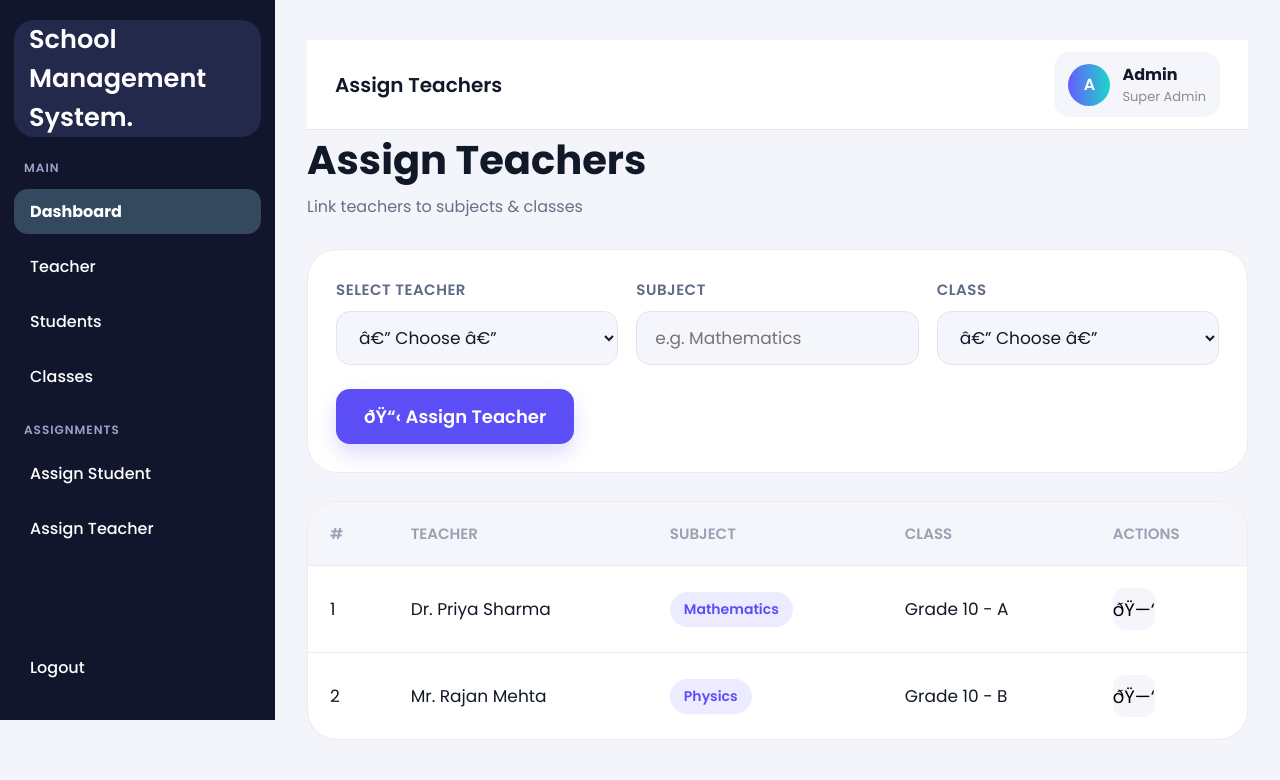
Repository: rohit-rk-07/school_management_system
Page: http://localhost/School_Management_System/admin/assignTeacher.jsp
These files come from the project's save history. The page is drawn as it stood at one moment and after the next save; the edit follows.
The browser window is 1280 px wide. The pictures show the whole page.
The page is served by Tomcat 10. Other server files are loaded and not shown.

Above is the page before, as saved 2026-05-20 09:15:59.

### School_Management_System/src/main/webapp/admin/assignTeacher.jsp
<!DOCTYPE html>
<html lang="en">

<head>

    <meta charset="UTF-8">
    <meta name="viewport" content="width=device-width, initial-scale=1.0">

    <title>Assign Teachers UI</title>

    <link rel="preconnect" href="https://fonts.googleapis.com">

    <link href="https://fonts.googleapis.com/css2?family=Poppins:wght@300;400;500;600;700&display=swap"
        rel="stylesheet">

    <style>

        *{
            margin:0;
            padding:0;
            box-sizing:border-box;
            font-family:'Poppins',sans-serif;
        }

        body{
            background:#f4f5fb;
            color:#111827;
            display: flex;
            flex-direction: row;
            justify-content: space-between;
            align-items: start;
        }

        /* =========================
           TOPBAR
        ========================== */

        .assignTeacherTopbar{
            width:100%;
            background:#ffffff;
            padding:12px 28px;
            display:flex;
            justify-content:space-between;
            align-items:center;
            border-bottom:1px solid #e7e7e7;
        }

        .assignTeacherTopbarTitle{
            font-size:20px;
            font-weight:600;
        }

        .assignTeacherAdminProfile{
            display:flex;
            align-items:center;
            gap:12px;
            background:#f5f6fb;
            padding:10px 14px;
            border-radius:16px;
        }

        .assignTeacherAdminAvatar{
            width:42px;
            height:42px;
            border-radius:50%;
            background:linear-gradient(to right,#675cff,#1dd5c8);
            display:flex;
            align-items:center;
            justify-content:center;
            color:#ffffff;
            font-weight:600;
        }

        .assignTeacherAdminRole{
            font-size:13px;
            color:#8c8c8c;
        }

        /* =========================
           PAGE CONTAINER
        ========================== */

        .assignTeacherPageContainer{
            padding:40px 32px;
            width: 80%;
        }

        .assignTeacherPageHeading{
            font-size:40px;
            font-weight:700;
        }

        .assignTeacherPageSubtitle{
            color:#667085;
            margin-top:4px;
            margin-bottom:30px;
        }

        /* =========================
           FORM CARD
        ========================== */

        .assignTeacherFormCard{
            background:#ffffff;
            border-radius:30px;
            padding:28px;
            border:1px solid #ececec;
            margin-bottom:28px;
        }

        .assignTeacherFormGrid{
            display:grid;
            grid-template-columns:1fr 1fr 1fr;
            gap:18px;
        }

        .assignTeacherFormGroup{
            display:flex;
            flex-direction:column;
        }

        .assignTeacherFormLabel{
            margin-bottom:10px;
            font-size:15px;
            font-weight:600;
            color:#5f6b85;
            letter-spacing:0.5px;
        }

        .assignTeacherInputField{
            width:100%;
            height:54px;
            border:none;
            outline:none;
            background:#f5f6fb;
            border-radius:14px;
            padding:0 18px;
            font-size:17px;
            border:1px solid #e2e5ef;
            color:#111827;
        }

        .assignTeacherSelectField{
            width:100%;
            height:54px;
            border:none;
            outline:none;
            background:#f5f6fb;
            border-radius:14px;
            padding:0 18px;
            font-size:17px;
            border:1px solid #e2e5ef;
            color:#111827;
            cursor:pointer;
        }

        /* =========================
           BUTTON
        ========================== */

        .assignTeacherButton{
            margin-top:24px;
            border:none;
            background:#5c4ef7;
            color:#ffffff;
            padding:14px 28px;
            border-radius:14px;
            font-size:18px;
            font-weight:600;
            cursor:pointer;
            transition:0.3s;
            box-shadow:0 10px 20px rgba(92,78,247,0.2);
        }

        .assignTeacherButton:hover{
            background:#4e40ee;
        }

        /* =========================
           TABLE CARD
        ========================== */

        .assignTeacherTableCard{
            background:#ffffff;
            border-radius:30px;
            overflow:hidden;
            border:1px solid #ececec;
        }

        /* =========================
           TABLE
        ========================== */

        .assignTeacherDataTable{
            width:100%;
            border-collapse:collapse;
        }

        .assignTeacherDataTable thead{
            background:#f5f6fb;
        }

        .assignTeacherDataTable th{
            text-align:left;
            padding:20px 22px;
            font-size:15px;
            color:#98a2b3;
            font-weight:600;
        }

        .assignTeacherDataTable td{
            padding:22px;
            border-top:1px solid #ececec;
            font-size:17px;
        }

        /* =========================
           SUBJECT BADGE
        ========================== */

        .assignTeacherSubjectBadge{
            display:inline-block;
            padding:7px 14px;
            border-radius:30px;
            background:#ecebff;
            color:#5c4ef7;
            font-size:14px;
            font-weight:600;
        }

        /* =========================
           DELETE BUTTON
        ========================== */

        .assignTeacherDeleteButton{
            width:42px;
            height:42px;
            border:none;
            border-radius:12px;
            background:#f5f6fb;
            cursor:pointer;
            font-size:18px;
        }

        /* =========================
           RESPONSIVE
        ========================== */

        @media(max-width:900px){

            .assignTeacherFormGrid{
                grid-template-columns:1fr;
            }

            .assignTeacherDataTable{
                display:block;
                overflow-x:auto;
            }

        }

    </style>

</head>

<body>

    <!-- =========================
         TOPBAR
    ========================== -->
<jsp:include page="sidebar.jsp" />


    <!-- =========================
         PAGE CONTENT
    ========================== -->

    <div class="assignTeacherPageContainer">

<div class="assignTeacherTopbar">

        <h2 class="assignTeacherTopbarTitle">
            Assign Teachers
        </h2>

        <div class="assignTeacherAdminProfile">

            <div class="assignTeacherAdminAvatar">
                A
            </div>

            <div>

                <h4>Admin</h4>

                <p class="assignTeacherAdminRole">
                    Super Admin
                </p>

            </div>

        </div>

    </div>

        <!-- TITLE -->

        <h1 class="assignTeacherPageHeading">
            Assign Teachers
        </h1>

        <p class="assignTeacherPageSubtitle">
            Link teachers to subjects & classes
        </p>

        <!-- FORM CARD -->

        <div class="assignTeacherFormCard">

            <div class="assignTeacherFormGrid">

                <!-- TEACHER -->

                <div class="assignTeacherFormGroup">

                    <label class="assignTeacherFormLabel">
                        SELECT TEACHER
                    </label>

                    <select class="assignTeacherSelectField">

                        <option>
                            — Choose —
                        </option>

                        <option>
                            Dr. Priya Sharma
                        </option>

                        <option>
                            Mr. Rajan Mehta
                        </option>

                        <option>
                            Ms. Anita Roy
                        </option>

                    </select>

                </div>

                <!-- SUBJECT -->

                <div class="assignTeacherFormGroup">

                    <label class="assignTeacherFormLabel">
                        SUBJECT
                    </label>

                    <input
                        type="text"
                        placeholder="e.g. Mathematics"
                        class="assignTeacherInputField"
                    >

                </div>

                <!-- CLASS -->

                <div class="assignTeacherFormGroup">

                    <label class="assignTeacherFormLabel">
                        CLASS
                    </label>

                    <select class="assignTeacherSelectField">

                        <option>
                            — Choose —
                        </option>

                        <option>
                            Grade 10 - A
                        </option>

                        <option>
                            Grade 10 - B
                        </option>

                        <option>
                            Grade 11 - A
                        </option>

                    </select>

                </div>

            </div>

            <!-- BUTTON -->

            <button class="assignTeacherButton">
                📋 Assign Teacher
            </button>

        </div>

        <!-- TABLE CARD -->

        <div class="assignTeacherTableCard">

            <table class="assignTeacherDataTable">

                <thead>

                    <tr>

                        <th>#</th>
                        <th>TEACHER</th>
                        <th>SUBJECT</th>
                        <th>CLASS</th>
                        <th>ACTIONS</th>

                    </tr>

                </thead>

                <tbody>

                    <tr>

                        <td>1</td>

                        <td>
                            Dr. Priya Sharma
                        </td>

                        <td>
                            <span class="assignTeacherSubjectBadge">
                                Mathematics
                            </span>
                        </td>

                        <td>
                            Grade 10 - A
                        </td>

                        <td>

                            <button class="assignTeacherDeleteButton">
                                🗑
                            </button>

                        </td>

                    </tr>

                    <tr>

                        <td>2</td>

                        <td>
                            Mr. Rajan Mehta
                        </td>

                        <td>
                            <span class="assignTeacherSubjectBadge">
                                Physics
                            </span>
                        </td>

                        <td>
                            Grade 10 - B
                        </td>

                        <td>

                            <button class="assignTeacherDeleteButton">
                                🗑
                            </button>

                        </td>

                    </tr>

                </tbody>

            </table>

        </div>

    </div>

</body>

</html>

### School_Management_System/src/main/webapp/admin/sidebar.jsp
<!DOCTYPE html>
<html lang="en">
<head>
  <meta charset="UTF-8" />
  <meta name="viewport" content="width=device-width, initial-scale=1.0"/>
  <title>School Sidebar</title>

  <style type="text/css">
  *{
  margin:0;
  padding:0;
  box-sizing:border-box;
}

body{
  font-family:'Poppins',sans-serif;
  background:#f4f5fa;
}

.schoolSidebar{
  width:280px;
  height:100vh;
  background:#11162d;
  color:#ffffff;
  padding:20px 14px;
  display:flex;
  flex-direction:column;
  justify-content:space-between;
  /*border-top-right-radius:20px;
  border-bottom-right-radius:20px;*/
  transition:0.3s;
}

.schoolSidebarLogo {
    font-size: 1.6rem;
    font-weight: 600;
    background: #23294b;
    border-radius: 20px;
    padding: 0 15px;
    }

schoolSidebarLogo{
  border-radius:14px;
  background:#23294b;
  display:flex;
  align-items:start;
  justify-content:start;
  font-size:20px;
  margin-bottom:35px;
}

.schoolSidebarMenuTitle{
  color:#9ca3c7;
  font-size:12px;
  letter-spacing:1px;
  margin:22px 10px 12px;
  font-weight:600;
}

.schoolSidebarMenuList{
  list-style:none;
}

.schoolSidebarMenuItem{
  display:flex;
  align-items:center;
  gap:14px;
  padding:10px 16px;
  border-radius:14px;
  margin-bottom:10px;
  color:#b6bdd9;
  cursor:pointer;
  transition:0.3s;
  font-size:15px;
  font-weight:500;
}

.schoolSidebarMenuItem a{
  font-size:16px;
  text-decoration: none;
  color: #fff;
  width: 100%;
  height: 100%;
}

.schoolSidebarMenuItem:hover{
  background:#242b4d;
  color:#ffffff;
}

.schoolSidebarActive{
  background:#4d44cc;
  color:#ffffff;
}

.schoolSidebarMenuItem {

    transition: background-color 0.2s ease;
}


.schoolSidebarMenuItem.schoolSidebarActive {
    background-color: #34495e;
}

.schoolSidebarMenuItem.schoolSidebarActive a {
    color: #ffffff;
    font-weight: bold;
}

@media(max-width:768px){

  .schoolSidebar{
    width:100%;
    height:auto;
    border-radius:0;
  }

}
  </style>

  <link rel="preconnect" href="https://fonts.googleapis.com">
  <link href="https://fonts.googleapis.com/css2?family=Poppins:wght@300;400;500;600;700&display=swap" rel="stylesheet">
</head>

<body>

  <aside class="schoolSidebar">

    <div class="schoolSidebarTop">

      <div class="schoolSidebarLogo">
        School Management System.
      </div>

      <div class="schoolSidebarMenuTitle">
        MAIN
      </div>

      <ul class="schoolSidebarMenuList">

        <li class="schoolSidebarMenuItem schoolSidebarActive">
          <a href="/School_Management_System/admin/dashboard/dashboard.jsp">Dashboard</a>
        </li>

        <li class="schoolSidebarMenuItem">
          <a href="/School_Management_System/admin/manage_teacher/addteacher.jsp">Teacher</a>

        </li>

        <li class="schoolSidebarMenuItem">
          <a href="/School_Management_System/admin/manage_student/addstudent.jsp">Students</a>
        </li>

        <li class="schoolSidebarMenuItem">
          <a href="/School_Management_System/admin/manage_classes/addclasses.jsp">Classes</a>
        </li>

      </ul>

      <div class="schoolSidebarMenuTitle">
        ASSIGNMENTS
      </div>

      <ul class="schoolSidebarMenuList">

        <li class="schoolSidebarMenuItem">
          <a href="/School_Management_System/admin/assign_student/assignStudent.jsp">Assign Student</a>
        </li>

        <li class="schoolSidebarMenuItem">
          <a href="/School_Management_System/admin/assign_teacher/assignTeacher.jsp">Assign Teacher</a>
        </li>

      </ul>

    </div>

    <div class="schoolSidebarBottom">

      <ul class="schoolSidebarMenuList">

        <li class="schoolSidebarMenuItem">
          <a href="/School_Management_System/login/login.jsp">Logout</a>
        </li>

      </ul>

    </div>

  </aside>

  <script>

  document.addEventListener("DOMContentLoaded", function () {
    const currentPath = window.location.pathname;
    const menuLinks = document.querySelectorAll(".schoolSidebarMenuList a");

    menuLinks.forEach(link => {
        const linkPath = link.getAttribute("href");

        if (currentPath.endsWith(linkPath)) {
            document.querySelectorAll(".schoolSidebarMenuItem").forEach(item => {
                item.classList.remove("schoolSidebarActive");
            });

            link.closest(".schoolSidebarMenuItem").classList.add("schoolSidebarActive");
        }
    });
});

  </script>

</body>
</html>

After the next save:
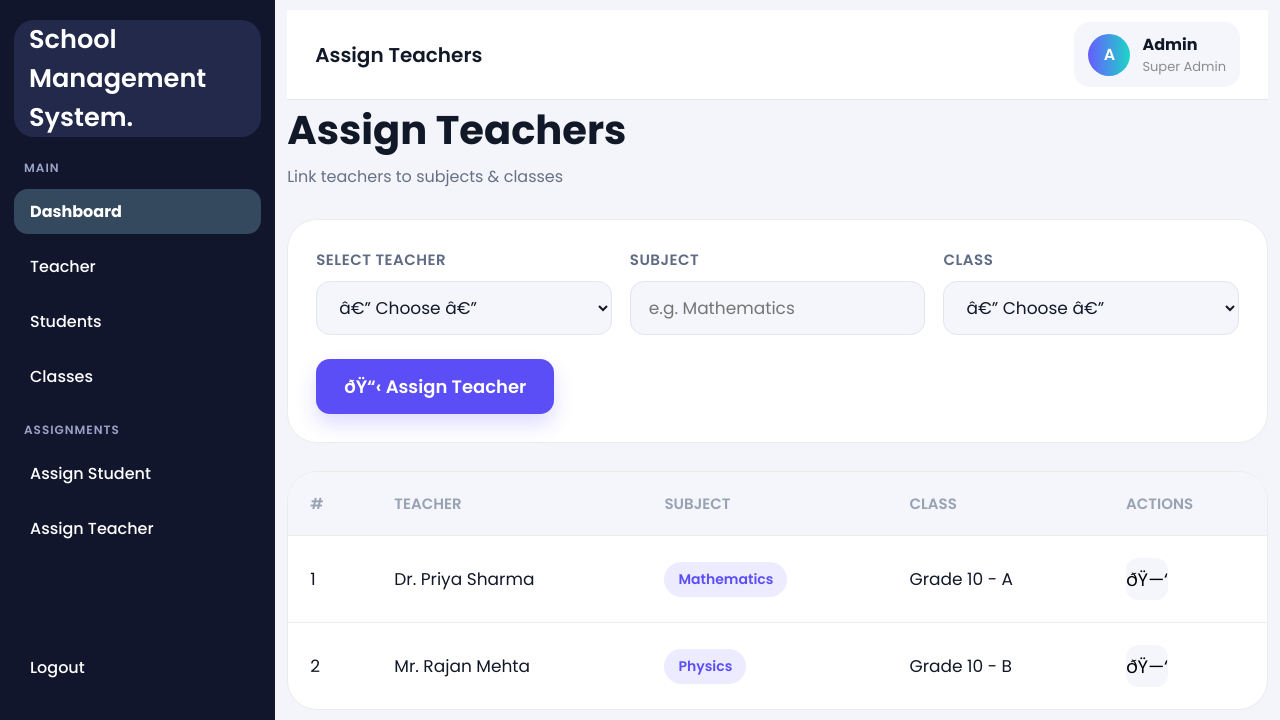
Saved 46 s later.
--- a/School_Management_System/src/main/webapp/admin/assignTeacher.jsp
+++ b/School_Management_System/src/main/webapp/admin/assignTeacher.jsp
@@ -81,7 +81,7 @@
         ========================== */
 
         .assignTeacherPageContainer{
-            padding:40px 32px;
+            padding:10px 12px;
             width: 80%;
         }
 
